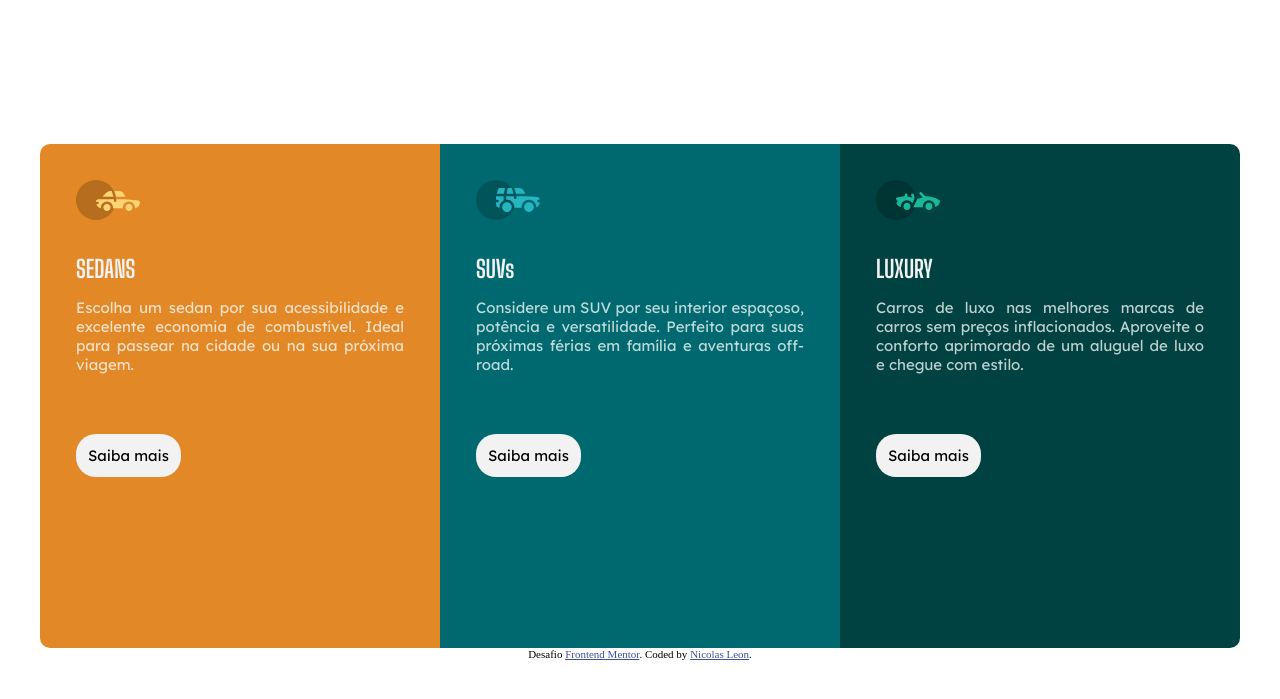
Repository: Leonngc/Car-cards
Page: index.html
The author's editor kept a copy of each file at every save. The page is drawn from the files as they stood at one save, then again after the next save.
The browser window is 1280 px wide. The pictures show the whole page.

Above is the page before, as saved 2023-01-17 19:12:16.

### index.html
<!DOCTYPE html>
<html lang="pt-br">
  <head>
    <meta charset="UTF-8" />
    <meta name="viewport" content="width=device-width, initial-scale=1.0" />
    <!-- displays site properly based on user's device -->

    <link
      rel="icon"
      type="image/png"
      sizes="32x32"
      href="./images/favicon-32x32.png"
    />

    <link rel="stylesheet" href="styles/style.css" />

    <title>Frontend Mentor | 3-column preview card component</title>

    <!-- Feel free to remove these styles or customise in your own stylesheet 👍 -->
    <style>
      .attribution {
        font-size: 11px;
        text-align: center;
      }
      .attribution a {
        color: hsl(228, 45%, 44%);
      }
    </style>
  </head>
  <body>
    <main>
      <div class="card" id="sedan">
        <div class="image"><img src="images/icon-sedans.svg" alt="" /></div>
        <h2>SEDANS</h2>
        <p>
          Escolha um sedan por sua acessibilidade e excelente economia de
          combustível. Ideal para passear na cidade ou na sua próxima viagem.
        </p>
        <button>Saiba mais</button>
      </div>
      <div class="card" id="suv">
        <div class="image"><img src="images/icon-suvs.svg" alt="" /></div>

        <h2>SUVs</h2>
        <p>
          Considere um SUV por seu interior espaçoso, potência e versatilidade.
          Perfeito para suas próximas férias em família e aventuras off-road.
        </p>
        <button>Saiba mais</button>
      </div>
      <div class="card" id="luxury">
        <div class="image"><img src="images/icon-luxury.svg" alt="" /></div>
        <h2>LUXURY</h2>
        <p>
          Carros de luxo nas melhores marcas de carros sem preços inflacionados.
          Aproveite o conforto aprimorado de um aluguel de luxo e chegue com
          estilo.
        </p>
        <button>Saiba mais</button>
      </div>
    </main>

    <footer class="attribution">
      Desafio
      <a href="https://www.frontendmentor.io?ref=challenge" target="_blank"
        >Frontend Mentor</a
      >. Coded by <a href="#">Nicolas Leon</a>.
    </footer>
  </body>
</html>

### styles/style.css
@import url('https://fonts.googleapis.com/css2?family=Lexend+Deca&display=swap');

@import url('https://fonts.googleapis.com/css2?family=Big+Shoulders+Display:wght@700&display=swap');

*{
    margin: 0 auto;
    padding: 0;
}

:root{
    --font-body: 'Lexend Deca', sans-serif;

    --font-title: 'Big Shoulders Display', cursive;
}


/* Basic styles */


main{
    display: flex;
    margin: auto;
    margin-top: 20vh;
    margin-left:40px;
    margin-right: 40px;
}
.card{
    padding: 36px;
    height: 60vh;
    width: 35vw;
}
.card > p{
    font-family: var(--font-body);
    margin-bottom: 60px;
    text-align: justify;
    font-size: 15px;
    color: hsla(0, 0%, 100%, 0.75);
}
.card > h2{
    font-family: var(--font-title);
    padding-top: 30px;
    padding-bottom:15px;
    color:  hsl(0, 0%, 95%);
}

#sedan{
    background-color: hsl(31, 77%, 52%);
    border-top-left-radius: 10px;
    border-bottom-left-radius: 10px;
}

#suv{
   background-color:hsl(184, 100%, 22%)
}

#luxury{
    background-color: hsl(179, 100%, 13%);
    border-top-right-radius: 10px;
    border-bottom-right-radius: 10px;
}

button{
    padding: 12px;
    border-radius: 20px;
    background-color: hsl(0, 0%, 95%);
    border: 0;
    font-family: var(--font-body);
    font-size: 15px;
 }

 button:hover{
    background-color: hsla(0, 0%, 54%, 0);
    border: 2px solid rgb(255, 255, 255);
    color: hsl(0, 0%, 100%);
  }

/* Animations */




/* Media Queries */

After the next save:
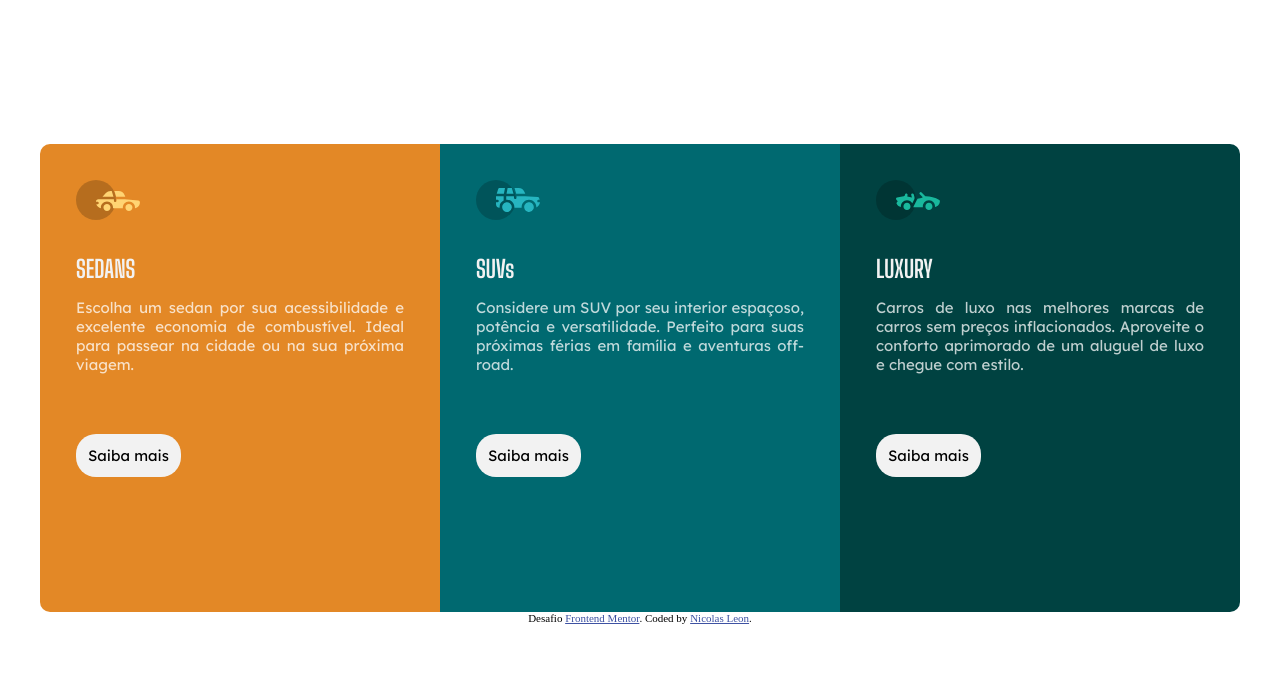
Saved 4 s later.
--- a/styles/style.css
+++ b/styles/style.css
@@ -26,7 +26,7 @@
 }
 .card{
     padding: 36px;
-    height: 60vh;
+    height: 55vh;
     width: 35vw;
 }
 .card > p{
